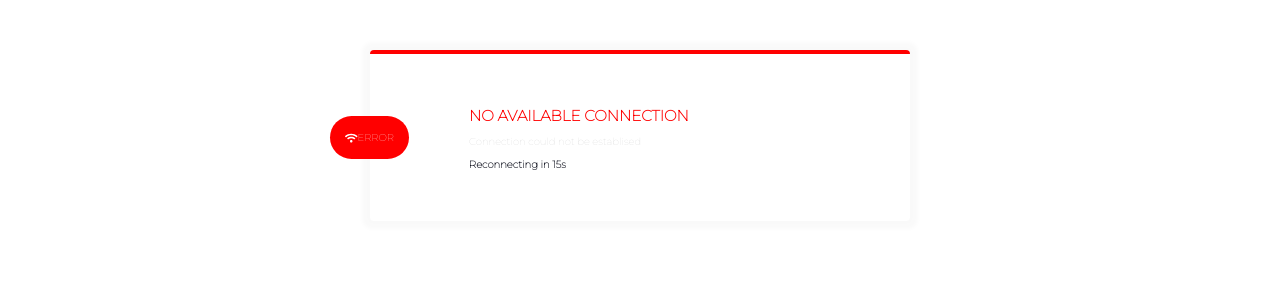
Repository: duongtln/tricks-tips
Page: variable_in_css/index.html
These files come from the project's save history. The page is drawn as it stood at one moment and after the next save; the edit follows.
The browser window is 1280 px wide. The pictures show the whole page.
Some web libraries are served in a nearby version.

Above is the page before, as saved 2021-08-09 22:41:13.

After the next save:
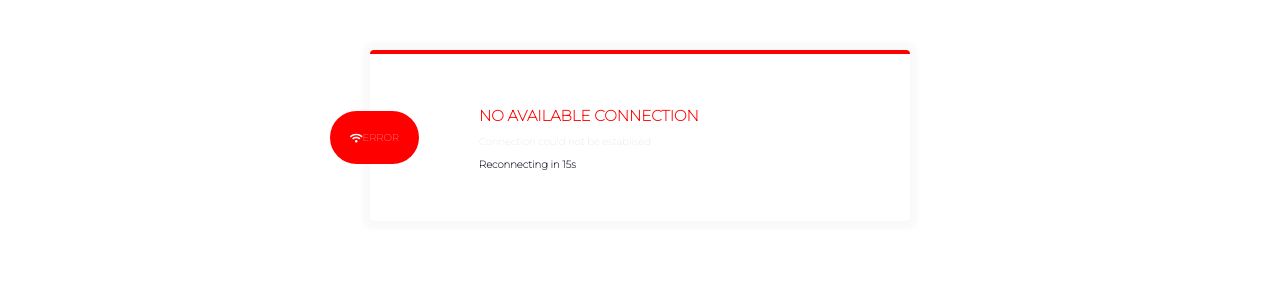
Saved 16 s later.
--- a/variable_in_css/style.css
+++ b/variable_in_css/style.css
@@ -23,7 +23,7 @@ body {
     display: flex;
     align-items: center;
     text-transform: uppercase;
-    padding: 1.5rem;
+    padding: 2rem;
     border-radius: 5rem;
     background-color: red;
     position: relative;
